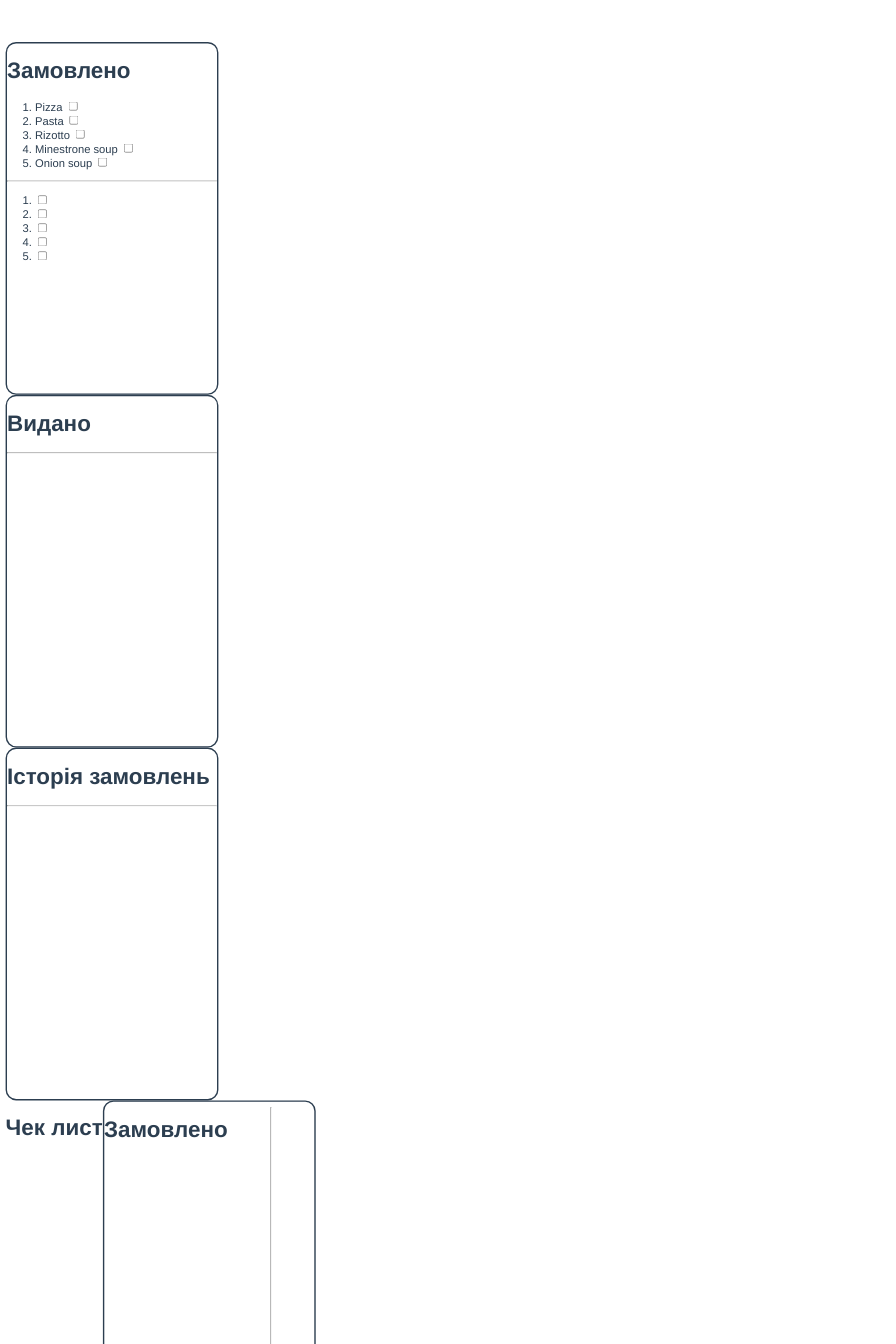
Repository: Salexandraa/HOME_Subotina
Page: / (app in order-list/)
These files come from the project's save history. The page is drawn as it stood at one moment and after the next save; the edit follows.
The browser window is 1280 px wide. The pictures show the part of the page from y = 0 to 1920 px (the page is 3092 px tall before and 1580 px after), at 70% of full size.
The project was rebuilt for these pictures with package versions that can differ from the ones it lists, and the page was loaded fresh each time.

Above is the page before, as saved 2020-10-09 16:19:57.

After the next save:
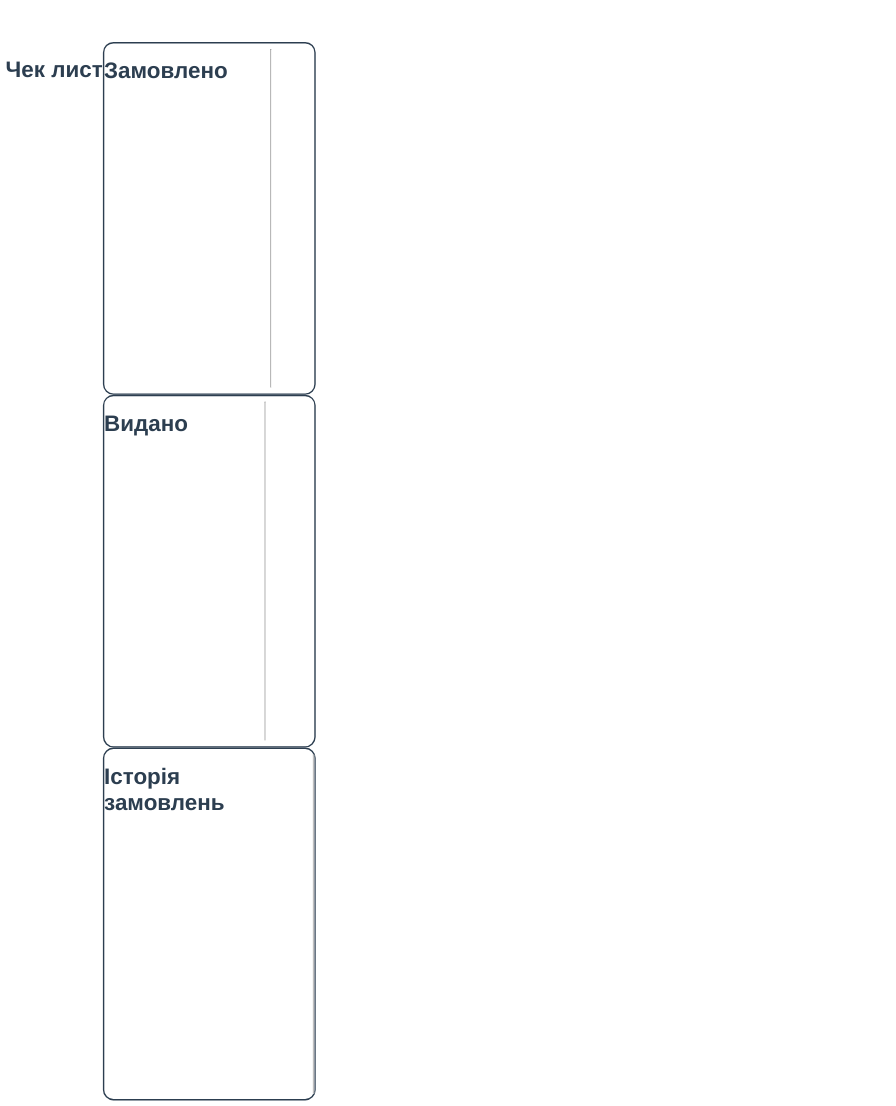
Saved 53 s later.
--- a/order-list/src/App.vue
+++ b/order-list/src/App.vue
@@ -1,26 +1,26 @@
 <template>
   <div id="app">
-  <reserved :listDishes= "dishesList"
+  <!-- <reserved :listDishes= "dishesList"
   title='Замовлено'
   />
   <order-issued title="Видано"/>
-  <history title="Історія замовлень"/>
+  <history title="Історія замовлень"/> -->
   <check-list title="Чек лист"/>
   </div>
 </template>
 
 <script>
-import Reserved from "./components/CheckList/Reserved";
+//import Reserved from "./components/CheckList/Reserved";
 import dishesList from "../settings"
-import OrderIssued from "./components/CheckList/OrderIssued"
-import History from "./components/CheckList/History"
+//import OrderIssued from "./components/CheckList/OrderIssued"
+//import History from "./components/CheckList/History"
 import CheckList from "./components/CheckList"
 export default {
   name: "App",
   components: {
-    Reserved,
-    OrderIssued,
-    History,
+    //Reserved,
+   //OrderIssued,
+    //History,
     CheckList
   },
   data() {
